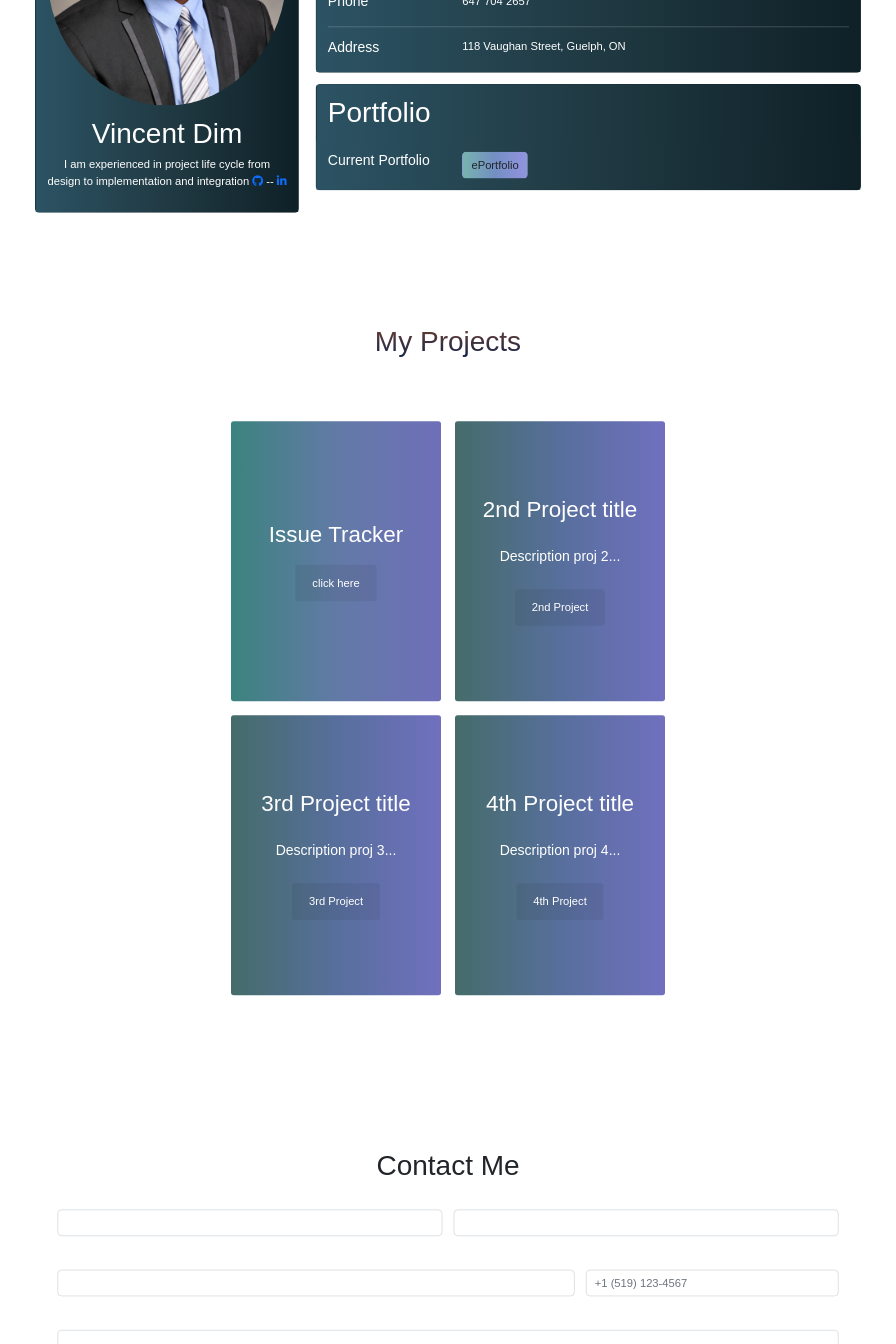
Repository: dvynchi/profile-2022
Page: index.html
An editor plug-in stored every save of this project. The page is shown before and after the next save, followed by the edit.
The browser window is 1280 px wide. The pictures show the part of the page from y = 417 to 2337 px (the page is 2641 px tall before and 2665 px after), at 70% of full size.
Some web libraries are served in a nearby version.

Above is the page before, as saved 2022-08-23 14:23:38.

### index.html
<!DOCTYPE html>
<html lang="en">
<head>
    <meta charset="UTF-8">
    <meta http-equiv="X-UA-Compatible" content="IE=edge">
    <meta name="viewport" content="width=device-width, initial-scale=1.0">
    <title>Vincent Dim</title>
    <!-- embed remote icon library -->
    <script src="https://kit.fontawesome.com/f634dfbd28.js" crossorigin="anonymous"></script>
    <link rel="stylesheet" href="styles.css">
    <!-- embed remote style sheet - bootstrap -->
    <link rel="stylesheet" href="https://cdn.jsdelivr.net/npm/bootstrap@5.2.0/dist/css/bootstrap.min.css" rel="stylesheet" integrity="sha384-gH2yIJqKdNHPEq0n4Mqa/HGKIhSkIHeL5AyhkYV8i59U5AR6csBvApHHNl/vI1Bx" crossorigin="anonymous">
</head>

<body>

    <!-- Navbar Section -->

    <nav class="nav">
        <div class="navbar_container">
            <a href="#about" id="navbar_logo"><i class="fa fa-home fa" aria-hidden="true"></i></a>  <!--<a> is used to create hyperlink named color-->

                <!--create hamburger menu (3 bars)-->
            <div class="navbar_toggle" id="mobile-menu">
                <span class="bar"></span>
                <span class="bar"></span>
                <span class="bar"></span>
            </div>

            <!--CREATE NAV MENU-->
            <ul class="navbar_menu">
                <li class="navbar_item">
                    <a href="#about" class="navbar_links" id="about-page">About</a>
                </li>
                <li class="navbar_item">
                    <a href="#projects" class="navbar_links" id="projects-page">Projects</a>
                </li>
                <li class="navbar_item">
                    <a href="#contact" class="navbar_links" id="contact-page">Contact Me</a>
                </li>
            </ul>

            <!-- GitHub and Linkedin -->
            <ul class="icons">
                <li><a href="https://github.com/dvynchi/" class="github-icon"><span class="fa-brands fa-github"></span></a></li>
                <li><a href="https://www.linkedin.com/in/vincentdim/" class="linkedin-icon"><span class="fa-brands fa-linkedin-in"></span></a></li>
            </ul>
        </div>
    </nav>

    <!-- ABOUT and SIDEBAR -->
    <div class="main" id="about">
        <div class="main_container">
             <!-- SIDE BAR SECTION -->
             <div class="row">
                <div class="col-md-4 mt-1">
                    <div class="card text-center sidebar">
                        <div class="card-body">
                            <img src="./images/profile-pic-crop.png" class="rounded-circle" width="315" alt="profile picture">
                            <div class="mt-3">
                                <h3>Vincent Dim</h3>
                                <!-- <h2>Web Developer</h2> -->
                                <p> I am experienced in project life cycle from design to implementation and integration
                                    <a href="https://github.com/dvynchi/" class="github-icon"><span class="fa-brands fa-github"></span></a>
                                    <a>--</a>
                                    <a href="https://www.linkedin.com/in/vincentdim/" class="linkedin-icon"><span class="fa-brands fa-linkedin-in"></span></a>
                                </p>
                            </div>
                        </div>
                    </div>
                </div>
                <!-- ABOUT SECTION -->
                <div class="col-md-8 mt-1">
                    <div class="card mb-3 content">
                        <h1 class="m-3 pt-3">About</h1>
                        <div class="card-body">
                            <div class="row">
                                <div class="col-md-3"><h5>Name</h5></div>
                                <div class="col-md-9"> Vincent Dim </div>
                            </div>
                            <hr> <!-- line break -->

                            <div class="row">
                                <div class="col-md-3"><h5>Email</h5></div>
                                <div class="col-md-9"> dvynchi@gmail.com</div>
                            </div>
                            <hr> <!-- line break -->

                            <div class="row">
                                <div class="col-md-3"><h5>Phone</h5></div>
                                <div class="col-md-9">647 704 2657</div>
                            </div>
                            <hr> <!-- line break -->

                            <div class="row">
                                <div class="col-md-3"><h5>Address</h5></div>
                                <div class="col-md-9">118 Vaughan Street, Guelph, ON</div>
                            </div>
                        </div>
                    </div>

                    <div class="card mb-3 content">
                        <h1 class="m-3">Portfolio</h1>
                        <div class="card-body">
                            <div class="row">
                                <div class="col-md-3">
                                    <h5>Current Portfolio</h5>
                                </div>
                                <div class="col-md-9">
                                    <a class="btn" href="https://drive.google.com/file/d/1sKFhM-arx19VCDvBgE4qauaddv_2z7kX/view?usp=sharing" role="button">ePortfolio</a>
                                </div>
                            </div>
                        </div>
                    </div>
                </div>
            </div>
        </div>
    </div>


    <!-- PROJECTS SECTION (use image tag in place of p to insert an image)-->

    <div class="projects" id="projects">
        <h1>My Projects</h1>
        <div class="projects_wrapper">

            <div class="projects_card">
                <h2>Issue Tracker</h2>
                <!-- <p>Description proj 1...</p> -->
                <div class="projects_btn"><button onclick="location.href='https://dvynchi.github.io/issue-tracker/'" type="button">click here</button></div>
            </div>
            <!-- ------------------------- -->
            <div class="projects_card">
                <h2>2nd Project title</h2>
                <p>Description proj 2...</p>
                <div class="projects_btn"><button>2nd Project</button></div>
            </div>
            <!-- ------------------------- -->
            <div class="projects_card">
                <h2>3rd Project title</h2>
                <p>Description proj 3...</p>
                <div class="projects_btn"><button>3rd Project</button></div>
            </div>
            <!-- ------------------------- -->
            <div class="projects_card">
                <h2>4th Project title</h2>
                <p>Description proj 4...</p>
                <div class="projects_btn"><button>4th Project</button></div>
            </div>
        </div>
    </div>

    <!-- CONTACT SECTION (use image tag in place of p to insert an image)-->

    <div class="main" id="contact">
        <div class="main_container">
            <div class="main_content">
                <div class="container mt-5">
                    <h1>Contact Me</h1>
                    <!-- ----------- start grid (divide one row into cols)  Max container width is 12----------->
                    <!-- ----------- cols 1 + 2 = 100% , cols 3 + 4 = 100% ------->
                    <!-- ----------- 'required' ensures field must be filled --------->
                    <form class="row g-3" action="https://formsubmit.co/dvynchi@gmail.com" id="my_form"   method="POST">

                        <!-- Honeypot -->
                        <input type="text" name="_honey" style="display: none">
                        <!-- Success Page -->
                        <input type="hidden" name="_next" value="https://dvynchi.github.io/profile-2022/success.html">

                        <!-----------col1--medium column of 50% (ie: 6/12)--------->
                        <div class="col-md-6">
                            <label for="firstName" class="form-label">First Name</label>
                            <input type="text" class="form-control"  name="name" id="firstName" required>
                        </div>
                        <!---------------------col2 (ie: 6/12) ------------------------------>
                        <div class="col-md-6">
                            <label for="lastName" class="form-label">Last Name</label>
                            <input type="text" class="form-control" name="Last Name" id="lastName" required>
                        </div>
                        <!-- ---------------------- col3 wider (8/12) ----------------->
                        <div class="col-md-8">
                            <label for="emailInfo" class="form-label">Email</label>
                            <input type="email" class="form-control" name="email" id="emailInfo" required>
                        </div>
                        <!-- ---------------------- col4 wider (4/12) ----------------->
                        <div class="col-md-4">
                            <label for="phoneNumber" class="form-label">Phone</label>
                            <input type="text" class="form-control" name="phone" id="phoneNumber" placeholder="+1 (519) 123-4567">
                        </div>
                        <!-- -------- comments box is full width of the container ------>
                        <div class="col-md-12">
                            <label for="message" class="form-label">Message</label>
                            <textarea class="form-control" id="message" name="message" rows="3" required></textarea>
                        </div>
                        <!-- -------- Button ------>
                        <div class="col-md-12">
                            <!-- <button class="submit" id="btn btn-primary">Submit</button> -->
                            <!-- Had to use <a> so hover effect won't cover text. BUT THE FORM DOESN'T CLEAR-->
                            <button class="submit" id="btn btn-primary"><a> Submit</a></button>
                        </div>

                    </form>
                </div>
            </div>
        </div>
    </div>

    <!-- link app.js -->
    <!-- script tag is used to embed javascript-->
    <script src="app.js"></script>
</body>
</html>

### styles.css
* {
    box-sizing: border-box;
    margin: 0;
    padding: 0;
    font-family: 'Kumbh Sans', sans-serif;
    scroll-behavior: smooth;
}


/******************************************* NAV SECTION ***********************************************/
.nav {
    background: #131313;   /* Hex code */
    height: 80px;
    display: flex;
    justify-content: center;
    align-items: center;
    font-size: 1.4rem;        /* 1.4 * 16px */
    position: sticky;
    top: 0;
    z-index: 999;             /* so navbar is always on top when scrolling */
}

.navbar_container {
    display: flex;
    justify-content: space-between;
    text-align: center;
    height: 80px;
    z-index: 1;
    width: 100%;
    max-width: 1300px;
    margin: 0 auto ;           /* (top and bottom) (left and right) */
    padding: 0 50px;
}


/* id(#) is used to style only one element on the webpage */
/* class(.) is used to style multiple elements */


/* I added an icon as opposed to text */

#navbar_logo {
    margin: 10px;
    height: 60px;
    width: 60px;
    border-radius: 2px;
    display: flex;
    flex-direction: column;
    justify-content: center;
    color: #fff;
    background-image: linear-gradient(to right, #03324e 0%, #0e2d3e 100%);
}

.navbar_menu {
    display: flex;
    align-items: center;
    list-style: none;
}

.navbar_item {
    height: 80px;
}

.navbar_links {
    color: #fff;
    display: flex;
    align-items: center;
    justify-content: center;
    width: 125px;
    text-decoration: none;
    height: 100%;
    transition: all 0.3s ease;
}

/*Home icon properties*/
.navbar_btn {
    display: flex;
    justify-content: center;
    align-items: center;
    padding: 0 1rem;                         /* top bottom, left right */
    width: 100%;
}

/* nav links glow upon hover */
.navbar_links:hover {
    color:#1176b9;
    transition: all 0.3s ease;
}

/* RESPONSIVENESS */
/* site adjusts width of display */
/* If [device width] is less than or equal to max-width do {..} */

@media screen and (max-width: 960px) {
    .navbar_container {
        display: flex;
        justify-content: space-between;
        height: 80px;
        z-index: 1;
        width: 100%;
        max-width: 1300px;
        padding: 0;
    }

    /* DROPDOWN PROPERTIES */
    .navbar_menu {
        display: grid;
        grid-template-columns: auto;
        margin: 0;
        width: 100%;
        position: absolute;
        top: -1000px;               /* Prevents navbar from clustering together if page is below max-width. Must be used with position absolute */
        opacity: 1;
        transition: all 0.5s ease;
        z-index: -1;
    }

    .navbar_menu.active {
        background: #131313;
        top: 100%;
        opacity: 1;
        transition: all 0.5s ease;
        z-index: 99;
        height: 40vh;
        font-size: 1.6rem;
    }

    #navbar_logo {
        padding-left: 1px;       /* home button - originally 25px */
    }

    /* HAMBURGER SECTION */

    .navbar_toggle .bar {
        width: 25px;
        height: 3px;
        margin: 5px auto;
        transition: all 0.3s ease-in-out;
        background: #fff;
    }

    .navbar_item {
        width: 100%;
    }

    .navbar_links {
        text-align: center;
        padding: 2rem;
        width: 100%;
        display: table;
    }

    .navbar_btn  {
        padding-bottom: 2rem;
    }

    /* HAMBURGER */

    #mobile-menu  {
        position: absolute;
        top: 20%;
        right: 5%;
        transform: translate(5%, 20%);
    }

    .navbar_toggle .bar {
        display: block;
        cursor: pointer;
    }

    /* hamburger menu animation (see app.js) */
    /* hamburger menu id was defined as 'mobile-menu' in index.html */
    /* rotate bars 1,3; but hide bar 2 */

    #mobile-menu.is-active .bar:nth-child(2)  {
        opacity: 0;
    }
    #mobile-menu.is-active .bar:nth-child(1) {
        transform: translateY(8px) rotate(45deg);
    }
    #mobile-menu.is-active .bar:nth-child(3) {
        transform: translateY(-8px) rotate(-45deg);
    }

}


/* SCROLL ATTRIBUTE - line under nav links*/
.highlight {
    border-bottom: 4px solid rgb(0, 162, 255);
}


/******************************************* SIDEBAR ***********************************************/

.card-body {
    background: #0F2027;
    background: -webkit-linear-gradient(to right, #2C5364, #203A43, #0F2027);
    background: linear-gradient(to right, #2C5364, #203A43, #0F2027);
    height: 100%;
}

.card-body h2, .card-body h3, .card-body p {
    color: #fff;
}

/******************************************* ABOUT SECTION ***********************************************/

.main {
    background-color:  white;
    padding: 5rem 0;                        /* was 10rem, but too much space */
}

.main_container {
    display: grid;
    grid-template-columns: 1fr;      /*original was 1fr 1fr - split into two halves but not enough space */
    align-items: center;
    justify-content: center;
    margin: 0 auto;
    height: 90%;
    z-index: 1;
    width: 100%;
    max-width: 1300px;
    padding: 0 50px;
}

.main_container h3 {
    font-size: 2.5rem;
}

.row {
    color: #fff;
}

.card {
    background: -webkit-linear-gradient(to right, #2C5364, #203A43, #0F2027);
    background: linear-gradient(to right, #2C5364, #203A43, #0F2027);
}


/* Mobile Responsiveness for Sidebar, About and Contact Sections */

@media screen and (max-width: 1300px) {
    main_container
    {
        display: grid;
        grid-template-columns: 1fr;
        align-items: center;
        justify-content: center;
        width: 100%;
        margin: 0 auto;
        height: 90%;
    }

    .main_content  {
        text-align: center;
        margin-bottom: 4rem;
    }

    .main_content h1  {
        font-size: 2.5rem;
        margin-top: 2rem;
    }

    .main_content h2  {
        font-size: 2.5rem;
    }

    .main_content p  {
        font-size: 1rem;
        margin-top: 1.5rem;
    }

    .row img {                                       /* center image with screen change */
        display: grid;
        grid-template-columns: 1fr;
        align-items: center;
        justify-content: center;
        width: 100%;
        margin: 0 auto;
        height: 90%;

    }
}


/******************************************* PROJECTS SECTION ***********************************************/

.projects {
    background: white;
    display: flex;
    flex-direction: column;
    justify-content: center;
    align-items: center;
    height: 100%;
    padding: 5rem 0;                                 /* was 10rem, but too much space */
  }

.projects h1 {
    background-color: #6325a1;
    background-image: linear-gradient(to top, #10234c 0%, #724030 100%);
    background-size: 100%;
    -webkit-background-clip: text;
    -moz-background-clip: text;
    -webkit-text-fill-color: transparent;
    -moz-text-fill-color: transparent;
    margin-bottom: 5rem;
    font-size: 2.5rem;
}

.projects_wrapper {
    display: grid;
    grid-template-columns: 1fr 1fr;     /* add more per new project */
    grid-template-rows: 1fr;
}

/* Add color to each project card */

.projects_card {
    margin: 10px;
    height: 400px;
    width: 300px;
    border-radius: 4px;
    display: flex;
    flex-direction: column;
    justify-content: center;
    color: #fff;
    background-image: linear-gradient(to right,#3b837e, #627aa6, #6f6fb9);
    transition: 0.3s ease-in;
}

.projects_card:nth-child(2) {
    background: #7F7FD5;  /* fallback for old browsers */
    background: -webkit-linear-gradient(to right, #3b837e, #627aa6, #6f6fb9);
    background: linear-gradient(to right, #456c69, #576f9c, #7070bf);
}

.projects_card:nth-child(3) {
    background: #7F7FD5;  /* fallback for old browsers */
    background: -webkit-linear-gradient(to right, #3b837e, #627aa6, #6f6fb9);
    background: linear-gradient(to right, #456c69, #576f9c, #7070bf);
}

.projects_card:nth-child(4) {
    background: #7F7FD5;
    background: -webkit-linear-gradient(to right, #3b837e, #627aa6, #6f6fb9);
    background: linear-gradient(to right, #456c69, #576f9c, #7070bf);
}

.projects_card:nth-child(5) {
    background: #7F7FD5;
    background: -webkit-linear-gradient(to right, #3b837e, #627aa6, #6f6fb9);
    background: linear-gradient(to right, #456c69, #576f9c, #7070bf);
}

.projects_card:nth-child(6) {
    background: #7F7FD5;
    background: -webkit-linear-gradient(to right, #3b837e, #627aa6, #6f6fb9);
    background: linear-gradient(to right, #456c69, #576f9c, #7070bf);
}

.projects_card h2 {
    text-align: center;
}

.projects_card h3 {
    text-align: center;
}

.projects_card p {
    text-align: center;
    margin-top: 24px;
    font-size: 20px;
}

.projects_btn {
    display: flex;
    justify-content: center;
    margin-top: 16px;
}

/* button properties and animation. The entire card is the button */

.projects_card button {
    color: #fff;
    padding: 14px 24px;
    border: none;
    outline: none;
    border-radius: 4px;
    background: #13131313;
    font-size: 1rem;
}

.projects_card button:hover {
    cursor: pointer;
}

.projects_card:hover {
    transform: scale(1.075);
    transition: 0.3s ease-in;
    cursor: pointer;
}

/* split cards into grid at specified browser width */

@media screen and (max-width: 1300px) {
    .projects_wrapper {
        grid-template-columns: 1fr 1fr;
    }
}

@media screen and (max-width: 768px) {
    .projects_wrapper {
        grid-template-columns: 1fr;
    }
}

/******************************************* CONTACT SECTION ***********************************************/


.main_content {
    text-align: center;
    margin-bottom: 4rem;
}

.main_content h1 {
    font-size: 2.5rem;
    margin-top: 2rem;
}

.main_content h2 {
    font-size: 2.5rem;
}

.main_content p {
    font-size: 1rem;
    margin-top: 1.5rem;
}


.submit {
    font-size: 1.5rem;
    background: #7F7FD5;
    background: -webkit-linear-gradient(to right, #3b837e, #627aa6, #6f6fb9);
    background: linear-gradient(to right, #456c69, #576f9c, #7070bf);
    padding: 5px 15px;
    border: none;
    outline: none;
    border-radius: 4px;
    margin-top: 2rem;
    cursor: pointer;
    position: relative;
    color: rgb(234, 216, 216);
    transition: all 0.3s ease;
    outline: none;
}

.submit a {
    position: relative;
    z-index: 2;
    color: #fff;
    text-decoration: none;
}

/* hover effect for button */
.submit::after {
    position: absolute;
    content: '';
    top: 0;
    left: 0;
    width: 0;
    height: 100%;
    background: #740274;
    transition: all 0.35s;
    border-radius: 4px;
}

.submit:hover {
    color: rgb(255, 255, 255);
}

.submit:hover:after {
    width: 100%;
}

/* ePortfolio button */

.btn {
    font-size: 10rem;
    background: #7F7FD5;
    background: -webkit-linear-gradient(to right, #75cec8, #91acdc, #8c8cdb);
    background: linear-gradient(to right, #77b3ae, #738fc3, #9393df);
    padding: 5px 15px;
    border: none;
    outline: none;
    border-radius: 4px;
    cursor: pointer;
    position: relative;
    color: rgb(234, 216, 216);
    transition: all 0.3s ease-in;
}

Loaded but not shown: app.js (65 lines, source omitted)

After the next save:
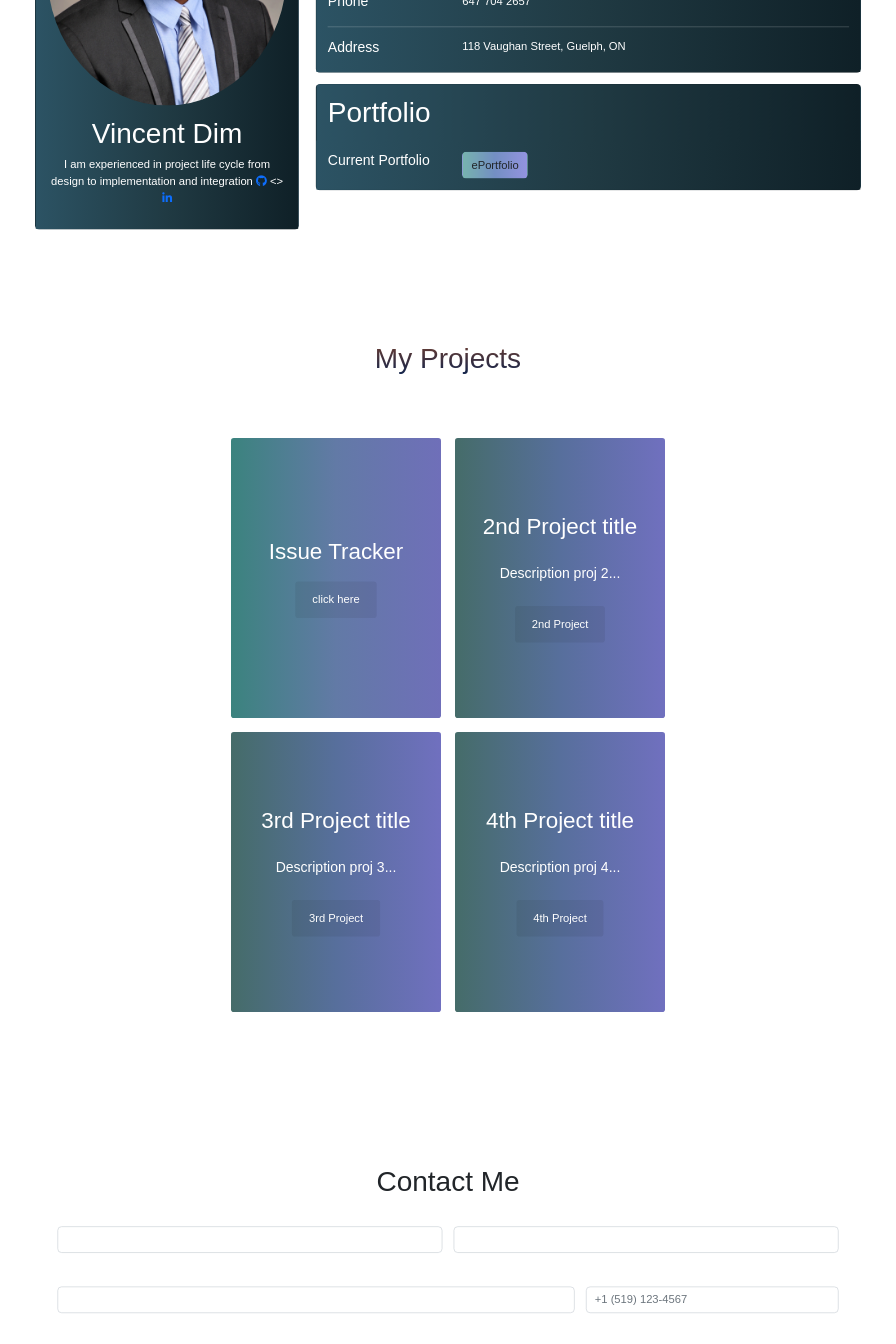
Saved 40 s later.
--- a/index.html
+++ b/index.html
@@ -62,7 +62,7 @@
                                 <!-- <h2>Web Developer</h2> -->
                                 <p> I am experienced in project life cycle from design to implementation and integration
                                     <a href="https://github.com/dvynchi/" class="github-icon"><span class="fa-brands fa-github"></span></a>
-                                    <a>--</a>
+                                    <a><></a>
                                     <a href="https://www.linkedin.com/in/vincentdim/" class="linkedin-icon"><span class="fa-brands fa-linkedin-in"></span></a>
                                 </p>
                             </div>
